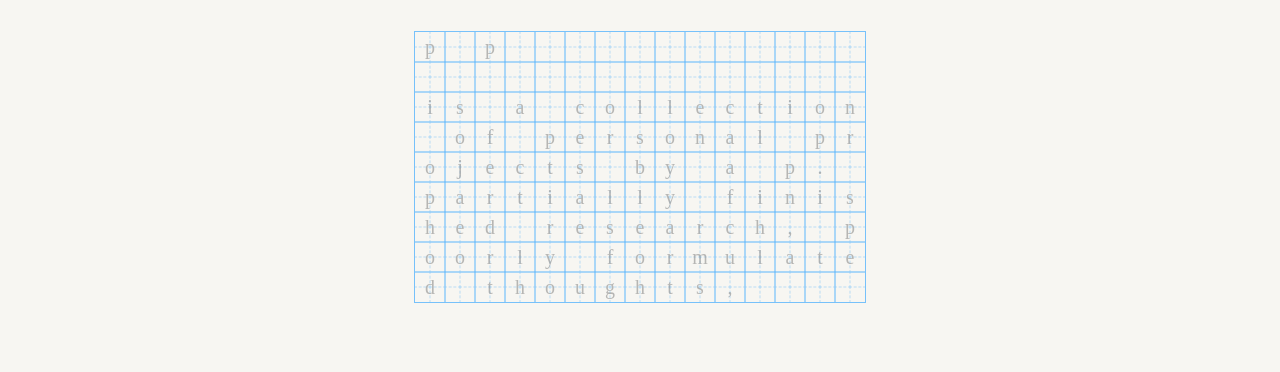
Repository: pyrcl090/p-p
Page: index.html
An editor plug-in stored every save of this project. The page is shown before and after the next save, followed by the edit.
The browser window is 1280 px wide. The pictures show the whole page.
The page's requests for data from a server got no answer. Some web fonts or font styles are not loaded; a fallback is used.

Above is the page before, as saved 2025-04-19 23:39:23.

After the next save:
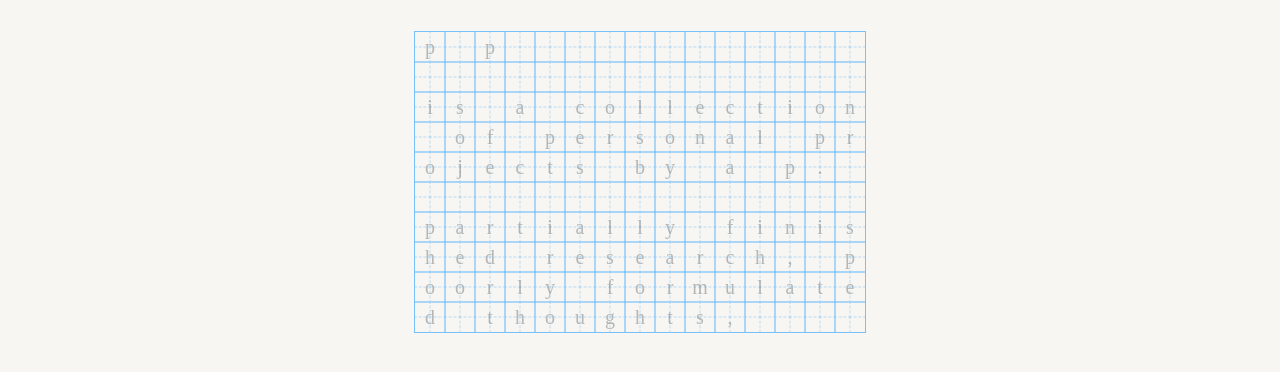
Saved 105 s later.
--- a/script.js
+++ b/script.js
@@ -7,7 +7,7 @@ const channels = [
 const menuItems = [
   {
     title: 'p p',
-    content: '                          is a collection of personal projects by a p. partially finished research, poorly formulated thoughts, '
+    content: '                          is a collection of personal projects by a p.                partially finished research, poorly formulated thoughts, '
   }
 ];
 
